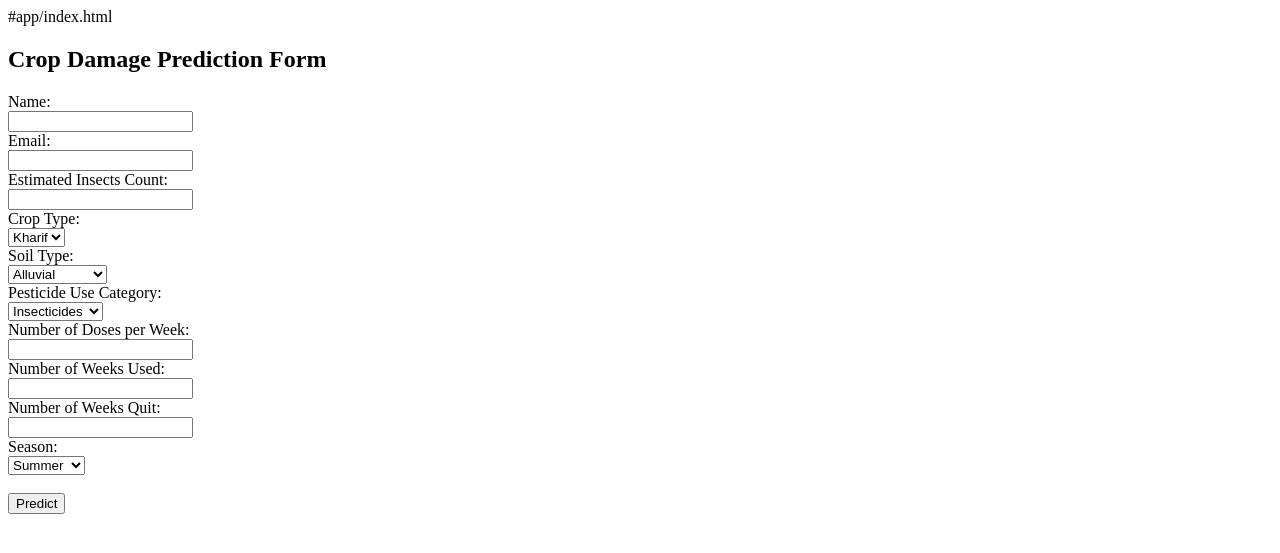
Repository: imdhanush13/cropdamage
Page: app/templates/index.html
An editor plug-in stored every save of this project. The page is shown before and after a run of saves, followed by the edit.
The browser window is 1280 px wide. The pictures show the whole page.
The template is drawn by Flask 3. The application's start-up code is not run. Other server files are loaded and not shown. The template is opened directly, without the code that normally fills it, so the values that code supplies are empty.

Above is the page before, as saved 2025-04-28 22:10:58.

### app/templates/index.html
<!DOCTYPE html>
#app/index.html
<html lang="en">
<head>
    <meta charset="UTF-8">
    <title>Crop Damage Prediction</title>
</head>
<body>
    <h2>Crop Damage Prediction Form</h2>

    <form method="POST" action="/predict">
        <label>Name:</label><br>
        <input type="text" name="name" required><br>

        <label>Email:</label><br>
        <input type="email" name="email" required><br>

        <label>Estimated Insects Count:</label><br>
        <input type="number" name="Estimated_Insects_Count" required><br>

        <label>Crop Type:</label><br>
        <select name="Crop_Type">
            <option value="Kharif">Kharif</option>
            <option value="Rabi">Rabi</option>
        </select><br>

        <label>Soil Type:</label><br>
        <select name="Soil_Type">
            <option value="Alluvial">Alluvial</option>
            <option value="Black-Cotton">Black-Cotton</option>
        </select><br>

        <label>Pesticide Use Category:</label><br>
        <select name="Pesticide_Use_Category">
            <option value="Insecticides">Insecticides</option>
            <option value="Bactericides">Bactericides</option>
            <option value="Herbicides">Herbicides</option>
        </select><br>

        <label>Number of Doses per Week:</label><br>
        <input type="number" name="Number_Doses_Week" required><br>

        <label>Number of Weeks Used:</label><br>
        <input type="number" name="Number_Weeks_Used" step="any" required><br>

        <label>Number of Weeks Quit:</label><br>
        <input type="number" name="Number_Weeks_Quit" required><br>

        <label>Season:</label><br>
        <select name="Season">
            <option value="Summer">Summer</option>
            <option value="Monsoon">Monsoon</option>
            <option value="Winter">Winter</option>
        </select><br><br>

        <input type="submit" value="Predict">
    </form>

    {% if prediction_text %}
        <h3>{{ prediction_text }}</h3>
    {% endif %}
</body>
</html>

After the next 2 saves:
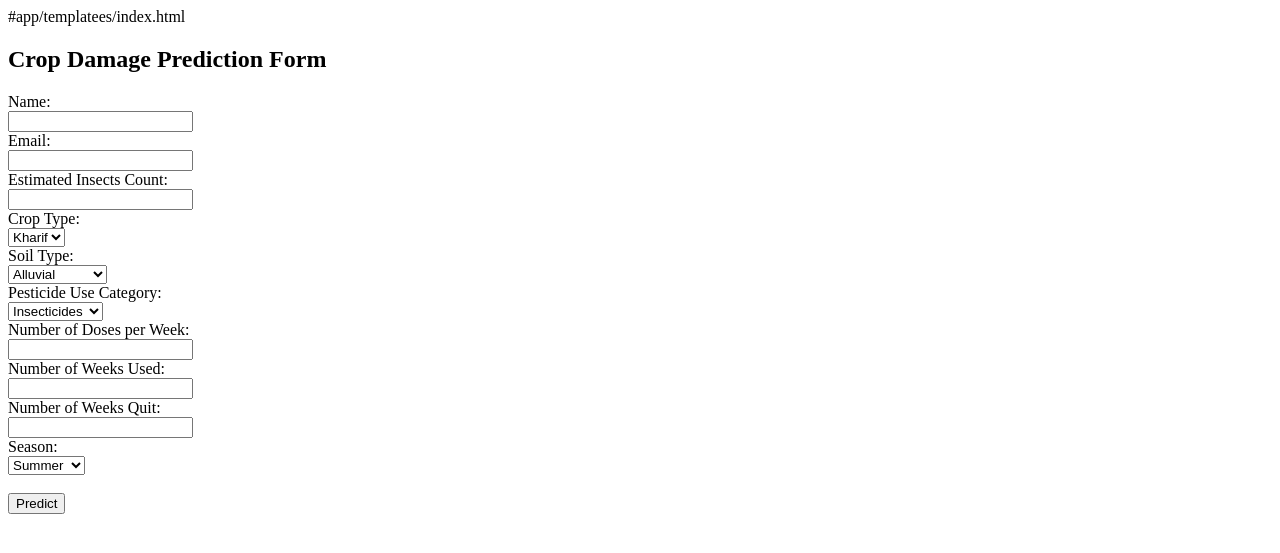
The 2 saves are shown as one change because they came seconds apart.
The last was saved 9 s later.
--- a/app/templates/index.html
+++ b/app/templates/index.html
@@ -1,5 +1,6 @@
 <!DOCTYPE html>
-#app/index.html
+#app/templatees/index.html
+
 <html lang="en">
 <head>
     <meta charset="UTF-8">
